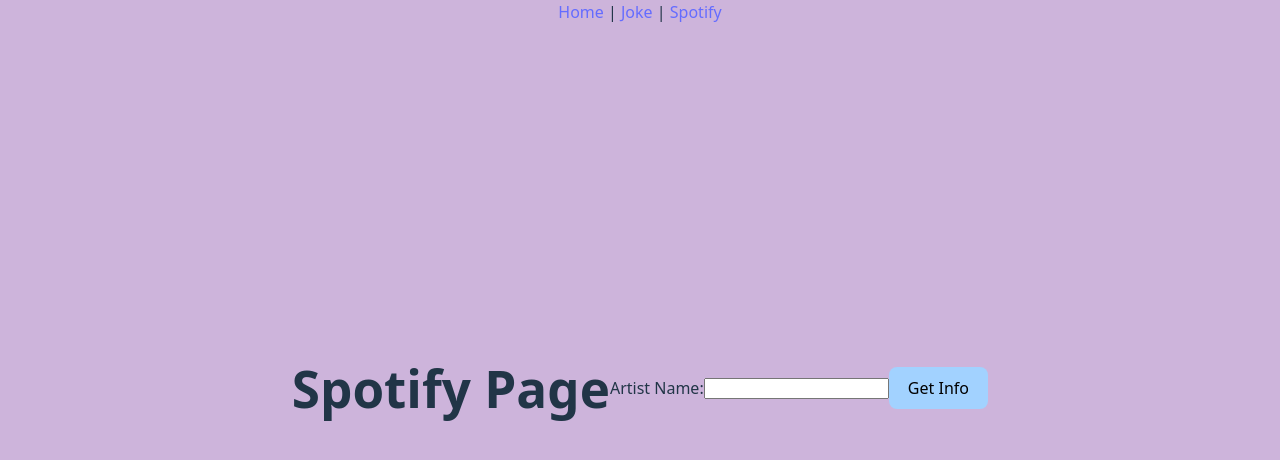
Repository: rosieomusic/spotify-react
Page: /spotify
The author's editor kept a copy of each file at every save. The page is drawn from the files as they stood at one save, then again after the next save.
The browser window is 1280 px wide. The pictures show the whole page.
The page's requests for data from a server got no answer. The project was rebuilt for these pictures with package versions that can differ from the ones it lists, and the page was loaded fresh each time. No one was signed in, and anything a server would have sent is missing. Settings that the repository does not hold, such as keys and server addresses, were given made-up values. Also part of the build but not shown: vite.config.js, src/pages/HomePage.jsx, src/components/AlbumComponent.jsx, src/services/JokeService.js, src/pages/JokePage.jsx.

Above is the page before, as saved 2025-05-09 19:04:46.

After the next save:
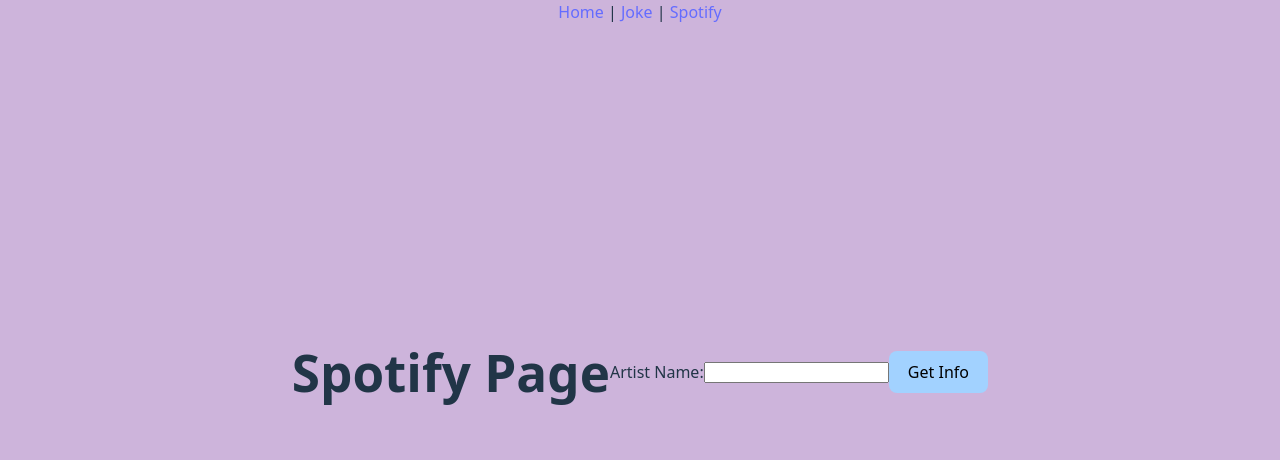
Saved 42 s later.
--- a/src/App.css
+++ b/src/App.css
@@ -36,7 +36,8 @@ p {
 
 nav {
 	text-align: center;
-	margin-bottom: 2rem;
+}
+a {
 	text-decoration: none;
 }
 main {
